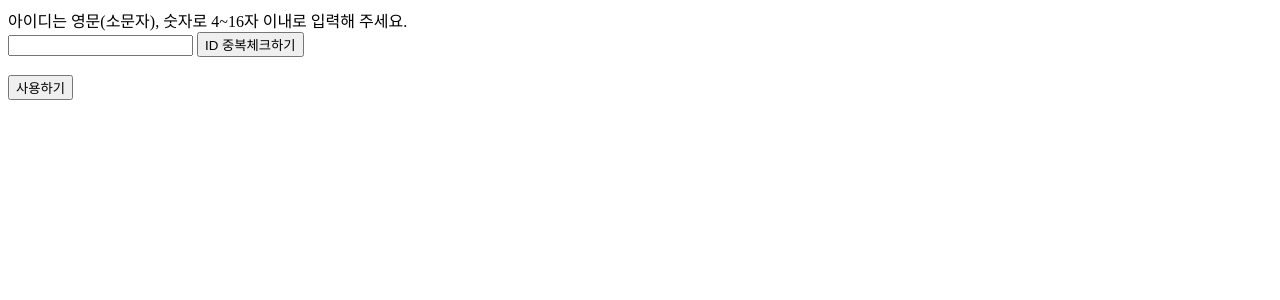
Repository: taeeun2/java_web
Page: webapp/WebContent/Shopingmall/idCheck/idCheck.html
These files come from the project's save history. The page is drawn as it stood at one moment and after the next save; the edit follows.
The browser window is 1280 px wide. The pictures show the whole page.

Above is the page before, as saved 2021-09-30 15:05:34.

After the next save:
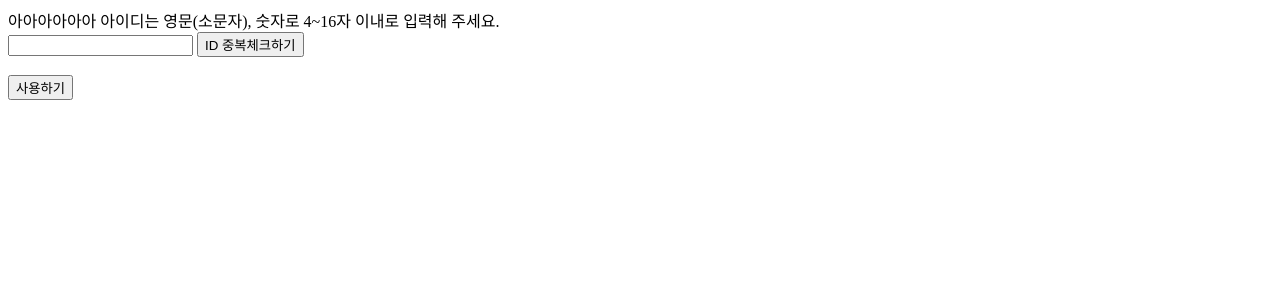
Saved 2 min 15 s later.
--- a/webapp/WebContent/Shopingmall/idCheck/idCheck.html
+++ b/webapp/WebContent/Shopingmall/idCheck/idCheck.html
@@ -39,6 +39,7 @@
 </script>
 </head>
 <body>
+아아아아아아
 아이디는 영문(소문자), 숫자로 4~16자 이내로 입력해 주세요.<br>
 <input type = "text" id = "t_id"/>
 <input type = "button" id = "btn_duplicate" value = "ID 중복체크하기" onClick = "fn_process()"/><br><br>
